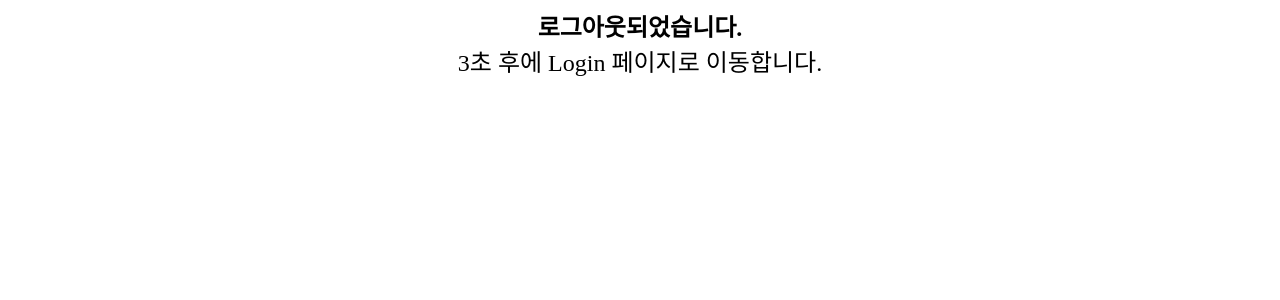
Repository: kr1124/jsp
Page: http://localhost/ServletProject/member/deleteForm.jsp
The author's editor kept a copy of each file at every save. The page is drawn from the files as they stood at one save, then again after the next save.
The browser window is 1280 px wide. The pictures show the whole page.
The page is served by Tomcat 9.

Above is the page before, as saved 2024-12-09 07:56:28.

After the next save:
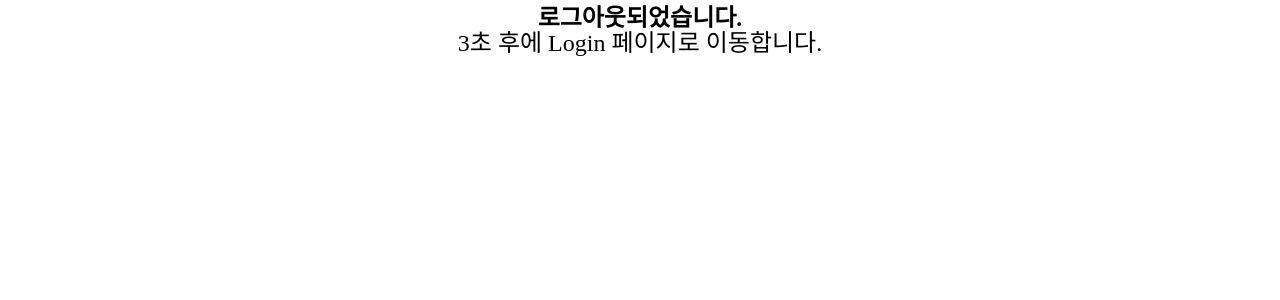
Saved 6 s later.
--- a/ServletProject/src/main/webapp/member/deleteForm.jsp
+++ b/ServletProject/src/main/webapp/member/deleteForm.jsp
@@ -6,7 +6,7 @@
 <head>
 	<meta charset="UTF-8" http-equiv="Refresh" content="3;url=login.jsp"><!-- 이게 3초 -->
 	<title>회원탈퇴</title>
-	<!-- <link rel="stylesheet" href="style.css" type="text/css"> -->
+	<link rel="stylesheet" href="style.css" type="text/css">
 </head>
 <body>
 	<div align="center">
